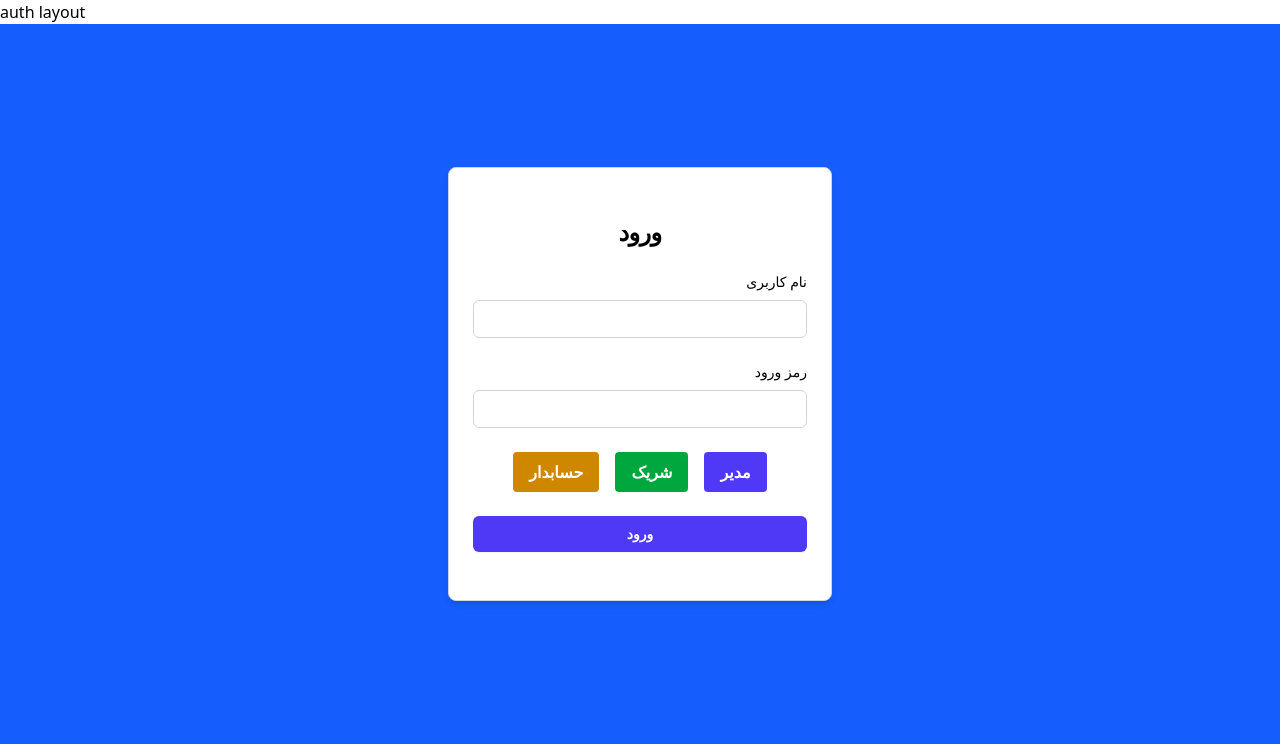
Repository: fuad303/karokhy-frontend
Page: /login
These files come from the project's save history. The page is drawn as it stood at one moment and after the next save; the edit follows.
The browser window is 1280 px wide. The pictures show the whole page.
The project was rebuilt for these pictures with package versions that can differ from the ones it lists, and the page was loaded fresh each time. Also part of the build but not shown: vite.config.ts, src/layouts/MainLayout.tsx, src/pages/Home.tsx.

Above is the page before, as saved 2025-12-08 12:58:38.

After the next save:
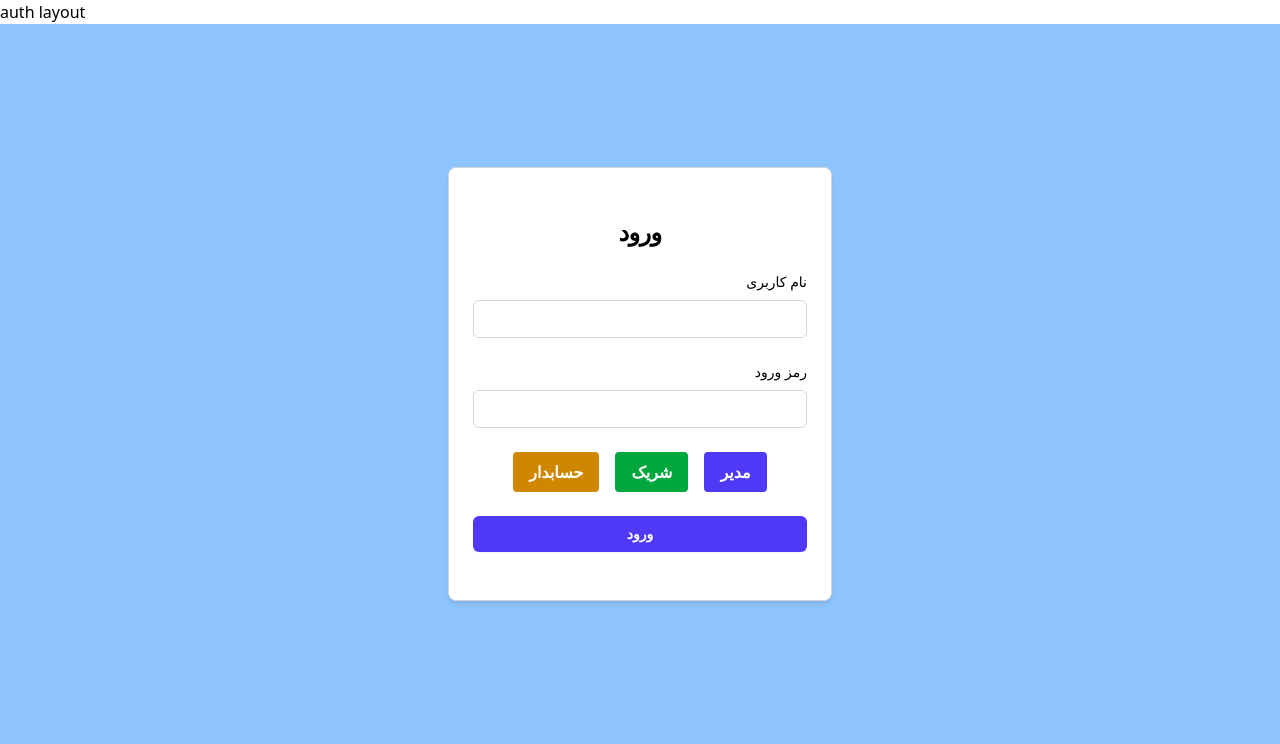
Saved 53 s later.
--- a/src/components/LoginPage.tsx
+++ b/src/components/LoginPage.tsx
@@ -7,7 +7,7 @@ function LoginPage() {
       dir="rtl"
     >
       {/* پس‌زمینه بلور */}
-      <div className="absolute inset-0 bg-blue-600 bg-opacity-70 backdrop-blur-sm"></div>
+      <div className="absolute inset-0 bg-blue-300 bg-opacity-70 backdrop-blur-sm"></div>
 
       {/* فرم چایلد با بوردر و پس‌زمینه سفید */}
       <div className="relative flex flex-col justify-center px-6 py-12 sm:w-full sm:max-w-sm bg-white border border-gray-300 rounded-lg shadow-md">
